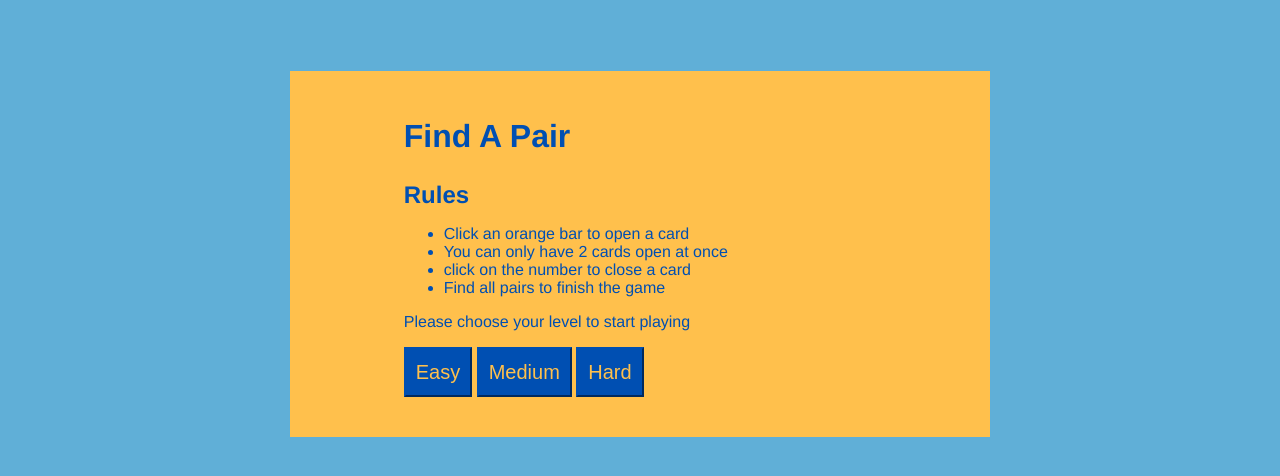
Repository: beck410/find-a-pair
Page: pair.html
The author's editor kept a record of every edit. The page is drawn from the files as they stood at one moment, then again after the next edit.
The browser window is 1280 px wide. The pictures show the whole page.

Above is the page before.

After the next edit:
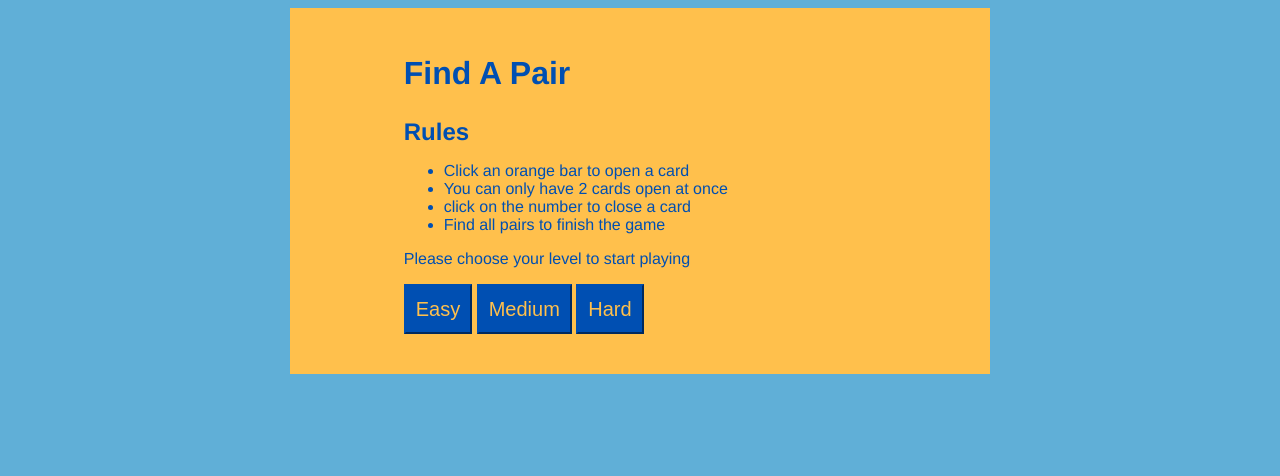
The edit:
--- a/style.css
+++ b/style.css
@@ -33,7 +33,7 @@
     max-width: 80em;
     height: 100%;
     height: auto;
-    padding: 5%;
+    padding: 0 5%;
     position: relative;
 }
 
